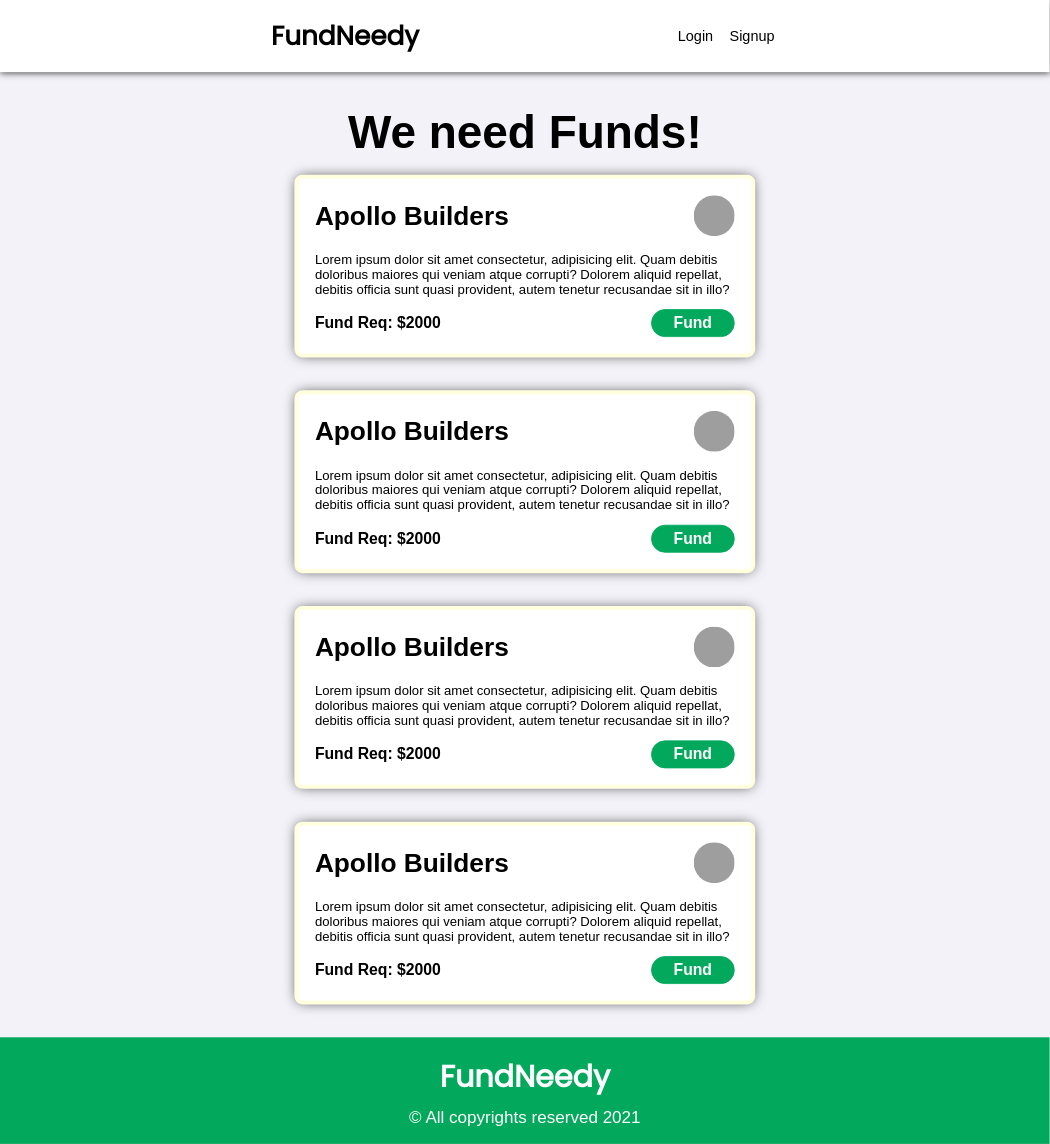
Repository: osdc/codejam
Page: /needies (app in sassy-sandwiches/fund-needy/)
The author's editor kept a copy of each file at every save. The page is drawn from the files as they stood at one save, then again after the next save.
The browser window is 1280 px wide. The pictures show the whole page, at 82% of full size.
Pictures or frames that could not be fetched are drawn as grey boxes. The page's requests for data from a server got no answer. The project was rebuilt for these pictures with package versions that can differ from the ones it lists, and the page was loaded fresh each time. No one was signed in, and anything a server would have sent is missing. Also part of the build but not shown: sassy-sandwiches/fund-needy/src/Showcase.css, sassy-sandwiches/fund-needy/src/Showcase.js, sassy-sandwiches/fund-needy/src/FirmFund.css, sassy-sandwiches/fund-needy/src/FirmFund.js, sassy-sandwiches/fund-needy/src/Success.js.

Above is the page before, as saved 2021-01-10 00:14:16.

### sassy-sandwiches/fund-needy/public/index.html
<!DOCTYPE html>
<html lang="en">
  <head>
    <meta charset="utf-8" />
    <link rel="icon" href="%PUBLIC_URL%/favicon.ico" />
    <meta name="viewport" content="width=device-width, initial-scale=1" />
    <meta name="theme-color" content="#000000" />
    <meta
      name="description"
      content="Web site created using create-react-app"
    />
    <link rel="apple-touch-icon" href="%PUBLIC_URL%/logo192.png" />
    <link rel="manifest" href="%PUBLIC_URL%/manifest.json" />
    <title>FundNeedy</title>
  </head>
  <body>
    <noscript>You need to enable JavaScript to run this app.</noscript>
    <div id="root"></div>
  </body>
</html>

### sassy-sandwiches/fund-needy/src/App.js
import React from "react";
import "./App.css";
import Navbar from "./Navbar";
import Showcase from "./Showcase";
import Needies from "./Needies";
import Footer from "./Footer";
import { BrowserRouter as Router, Route, Switch } from "react-router-dom";
import FirmFund from "./FirmFund";
import Success from "./Success";

function App() {
  return (
    <div className="App">
      <Router>
        <Navbar />
        <Switch>
          <Route exact path="/" component={Showcase} />
          <Route path="/needies" component={Needies} />
          <Route path="/firmname" component={FirmFund} />
          <Route path="/firmname/success" component={Success} />
        </Switch>
        <Footer />
      </Router>
    </div>
  );
}

export default App;

### sassy-sandwiches/fund-needy/src/App.css
* {
  margin: 0;
  padding: 0;
  font-family: Arial, Helvetica, sans-serif;
}

body {
  background-color: #f3f2f8;
}

### sassy-sandwiches/fund-needy/src/Navbar.js
import React from "react";
import "./Navbar.css";

function Navbar() {
  return (
    <div className="navbar">
      <div className="navbar_logo">
        <h1>FundNeedy</h1>
      </div>
      <div className="navbar_login_signup">
        <button>Login</button>
        <button>Signup</button>
      </div>
    </div>
  );
}

export default Navbar;

### sassy-sandwiches/fund-needy/src/Needies.js
import React, { useEffect, useState } from "react";
import "./Needies.css";
import Needy from "./Needy";
import { db } from "./firebase";

function Needies() {
  const [needies, setNeedies] = useState([]);

  useEffect(() => {
    db.collection("users").onSnapshot((snapshot) => {
      setNeedies(
        snapshot.docs.map((doc) => ({
          id: doc.id,
          post: doc.data(),
        }))
      );
    });
  }, [needies]);

  return (
    <div className="needies">
      <div className="needies_headline">
        <h1>We need Funds!</h1>
        <Needy />
        <Needy />
        <Needy />
        <Needy />
      </div>
    </div>
  );
}

export default Needies;

### sassy-sandwiches/fund-needy/src/Footer.js
import React from "react";
import "./Footer.css";

function Footer() {
  return (
    <div className="footer">
      <h1>FundNeedy</h1>
      <p>© All copyrights reserved 2021</p>
    </div>
  );
}

export default Footer;

### sassy-sandwiches/fund-needy/src/Navbar.css
@import url("https://fonts.googleapis.com/css2?family=Poppins&display=swap");

.navbar {
  display: flex;
  align-items: center;
  justify-content: space-evenly;
  padding: 20px;
  -webkit-box-shadow: 0px 1px 8px 0px rgba(0, 0, 0, 0.75);
  -moz-box-shadow: 0px 1px 8px 0px rgba(0, 0, 0, 0.75);
  box-shadow: 0px 1px 8px 0px rgba(0, 0, 0, 0.75);
  background-color: #fff;
  /* position: sticky; */
  top: 0;
  z-index: 10000;
}

.navbar_logo > h1 {
  font-family: "Poppins", sans-serif;
}

.navbar_login_signup {
  display: flex;
  align-items: center;
  justify-content: space-between;
}

.navbar_login_signup > button:nth-of-type(1) {
  margin-right: 10px;
}

.navbar_login_signup > button {
  padding: 5px;
  font-size: 1.1rem;
  outline: none;
  border: none;
  background-color: #fff;
  cursor: pointer;
  width: 100%;
}

### sassy-sandwiches/fund-needy/src/Needies.css
.needies_headline > h1 {
  font-size: 3.5rem;
  text-align: center;
  margin-top: 20px;
  padding: 20px;
}

### sassy-sandwiches/fund-needy/src/Needy.js
import React from "react";
import "./Needy.css";
import { useHistory } from "react-router-dom";

function Needy() {
  const History = useHistory();

  const handleFund = (e) => {
    History.push("/firmname");
  };

  return (
    <div className="needy">
      <div className="needy_header">
        <h1>Apollo Builders</h1>
        <img
          src="https://i.pinimg.com/originals/ba/fc/15/bafc1525cef9606c5c064694ca8e60fb.jpg"
          alt=""
        />
      </div>
      <div className="needy_body">
        <p>
          Lorem ipsum dolor sit amet consectetur, adipisicing elit. Quam debitis
          doloribus maiores qui veniam atque corrupti? Dolorem aliquid repellat,
          debitis officia sunt quasi provident, autem tenetur recusandae sit in
          illo?
        </p>
      </div>
      <div className="needy_footer">
        <p>
          <strong>Fund Req: $2000</strong>
        </p>
        <button onClick={handleFund}>Fund</button>
      </div>
    </div>
  );
}

export default Needy;

### sassy-sandwiches/fund-needy/src/firebase.js
import firebase from "firebase";

const firebaseConfig = {
  apiKey: "AIzaSyAz0PRAQR5kohAl5pkcvGYxdneGUweNess",
  authDomain: process.env.REACT_APP_FIREBASE_AUTH_DOMAIN,
  projectId: process.env.REACT_APP_FIREBASE_PROJECT_ID,
  storageBucket: process.env.REACT_APP_FIREBASE_STORAGE_BUCKET,
  messagingSenderId: process.env.REACT_APP_FIREBASE_MESSAGING_SENDER_ID,
  appId: process.env.REACT_APP_FIREBASE_APP_ID,
  measurementId: process.env.REACT_APP_FIREBASE_MEASUREMENT_ID,
};

const firebaseApp = firebase.initializeApp(firebaseConfig);

const auth = firebase.auth();
const storage = firebase.storage();
const db = firebaseApp.firestore();

export { auth, storage, db };

### sassy-sandwiches/fund-needy/src/Footer.css
.footer {
  text-align: center;
  background-color: #02a95c;
  color: #fff;
  padding: 20px;
}

.footer > h1 {
  font-size: 2.3rem;
  font-family: "Poppins";
}

.footer > p {
  font-size: 1.3rem;
  font-weight: 400;
  margin-top: 10px;
}

### sassy-sandwiches/fund-needy/src/Needy.css
.needy {
  width: 40%;
  background-color: #fff;
  padding: 20px;
  border-radius: 10px;
  -webkit-box-shadow: 0px 0px 15px -3px rgba(0, 0, 0, 0.75);
  -moz-box-shadow: 0px 0px 15px -3px rgba(0, 0, 0, 0.75);
  box-shadow: 0px 0px 15px -3px rgba(0, 0, 0, 0.75);
  margin: auto;
  margin-bottom: 40px;
  border: 5px solid lightyellow;
}

.needy_header {
  display: flex;
  align-items: center;
  justify-content: space-between;
}

.needy_header > img {
  height: 50px;
  width: 50px;
  border-radius: 50%;
}

.needy_body {
  margin-top: 20px;
}

.needy_footer {
  display: flex;
  align-items: center;
  justify-content: space-between;
  margin-top: 15px;
}

.needy_footer > p {
  font-size: 1.2rem;
}

.needy_footer > button {
  font-size: 1.2rem;
  width: 20%;
  border-radius: 30px;
  outline: none;
  background-color: #02a95c;
  color: #fff;
  font-weight: 700;
  padding: 5px;
  border: 1px solid #02a95c;
  cursor: pointer;
}

Loaded but not shown: sassy-sandwiches/fund-needy/src/index.js (common file); sassy-sandwiches/fund-needy/src/index.css (common file); sassy-sandwiches/fund-needy/src/Success.css (no stored copy; drawn as an empty file)

After the next save:
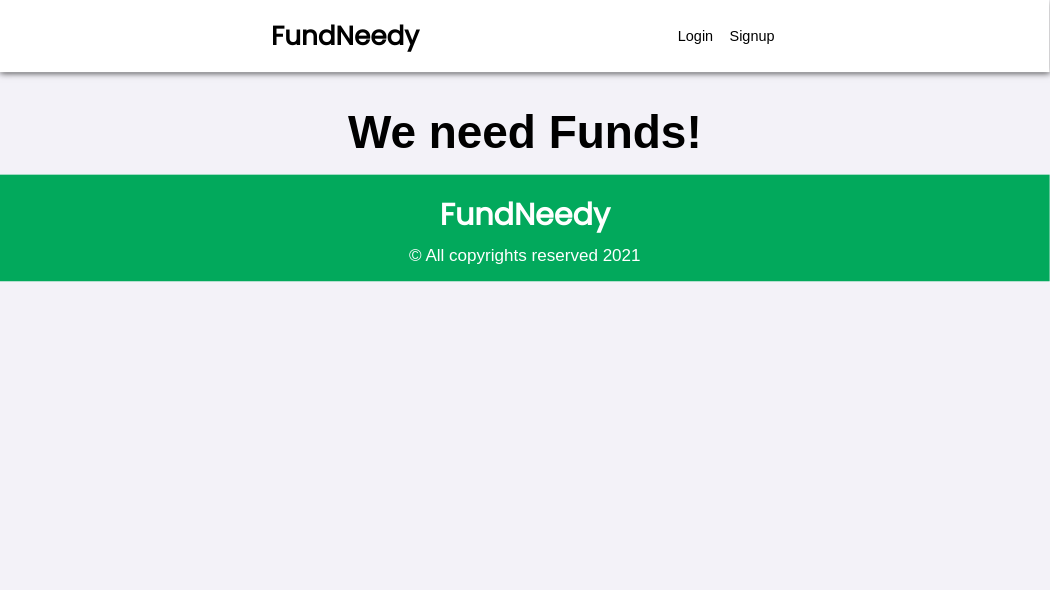
Saved 35 s later.
--- a/sassy-sandwiches/fund-needy/src/Needies.js
+++ b/sassy-sandwiches/fund-needy/src/Needies.js
@@ -21,10 +21,9 @@ function Needies() {
     <div className="needies">
       <div className="needies_headline">
         <h1>We need Funds!</h1>
-        <Needy />
-        <Needy />
-        <Needy />
-        <Needy />
+        {needies.map((needy) => {
+          return <Needy />;
+        })}
       </div>
     </div>
   );
